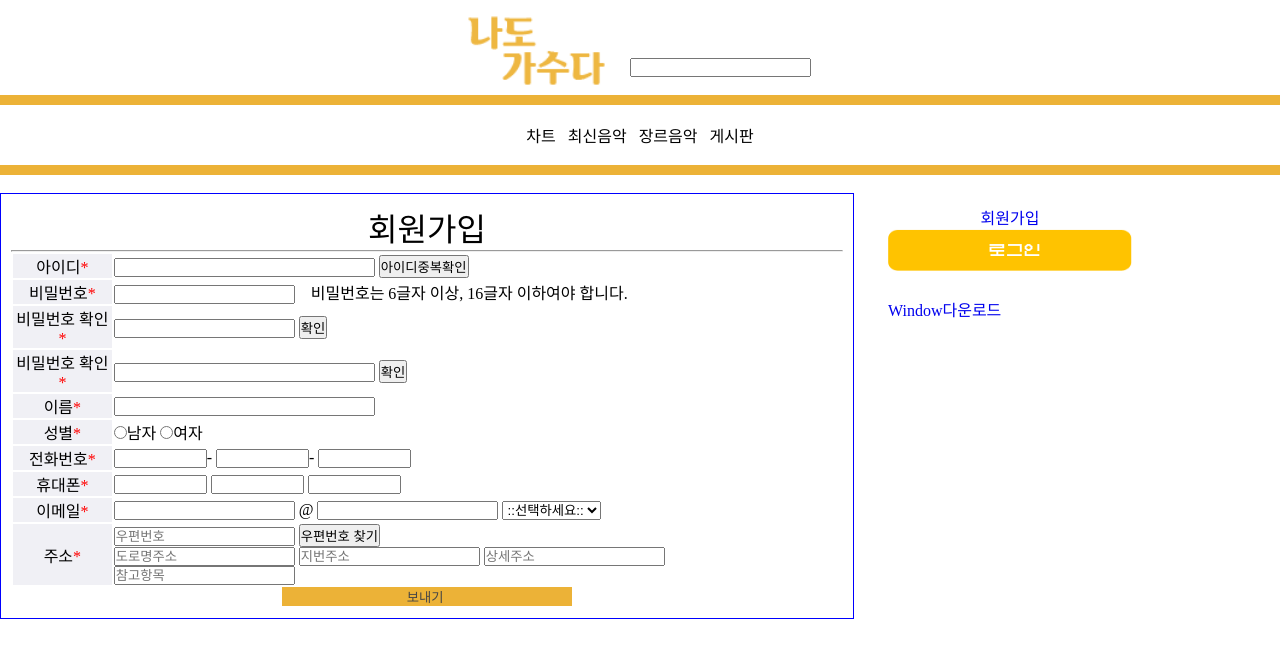
Repository: Ea-Bell/GraduationPortfolio
Page: http://localhost/WebTest/webTest/View/login/signUp.jsp
An editor plug-in stored every save of this project. The page is shown before and after the next save, followed by the edit.
The browser window is 1280 px wide. The pictures show the whole page.
The page is served by Tomcat 9. Nobody is signed in. The application's start-up code is not run.

Above is the page before, as saved 2020-09-23 12:36:57.

After the next save:
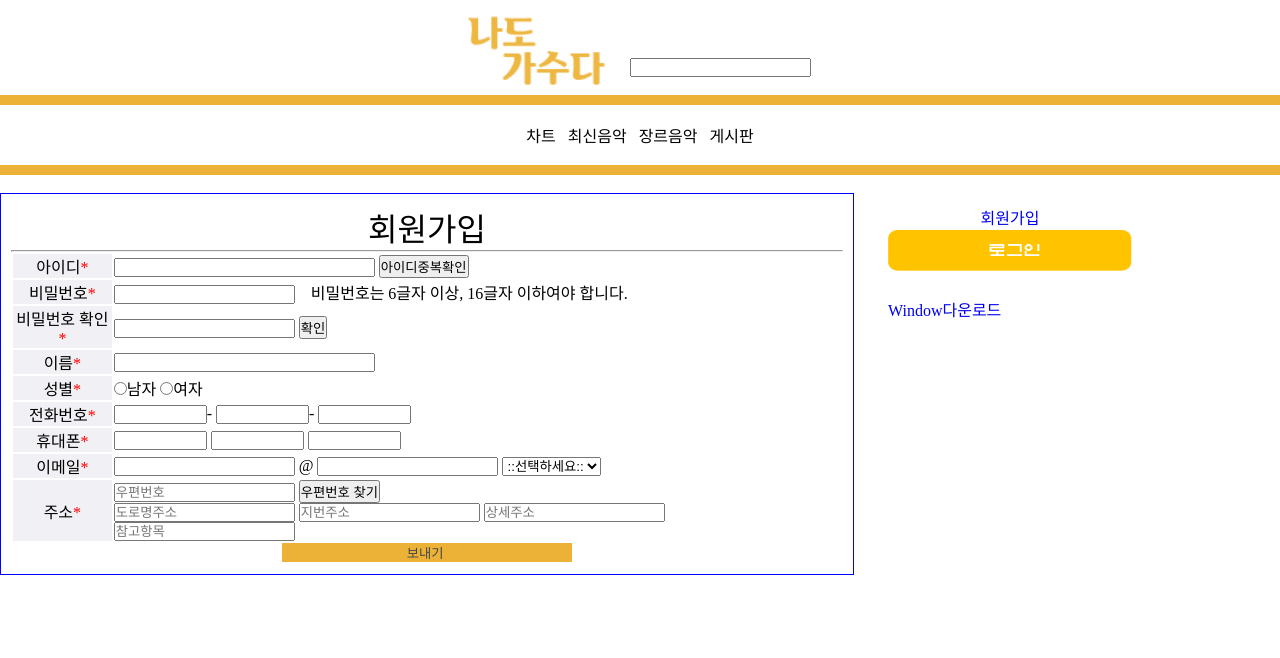
Saved 75 s later.
--- a/WEB_Server/WebTest/WebContent/webTest/View/login/signUp.jsp
+++ b/WEB_Server/WebTest/WebContent/webTest/View/login/signUp.jsp
@@ -89,12 +89,7 @@
 					<input type="submit" value="확인" name="isSameBtn" onclick="isSame()">
 					</td>
 				</tr>
-				<tr>
-					<td align="center" id="iColor">비밀번호 확인<span id="iSpan">*</span></td>
-					<td><input type="password" size="30"> <input type="submit"
-						value="확인" name="confirmPw" onclick="Btn(3)"> <c:if
-							test="${errors.confirmPw}">암호를 입력하시오.</c:if></td>
-				</tr>
+
 				<tr>
 					<td align="center" id="iColor">이름<span id="iSpan">*</span></td>
 					<td><input type="text" size="30" name="name"
